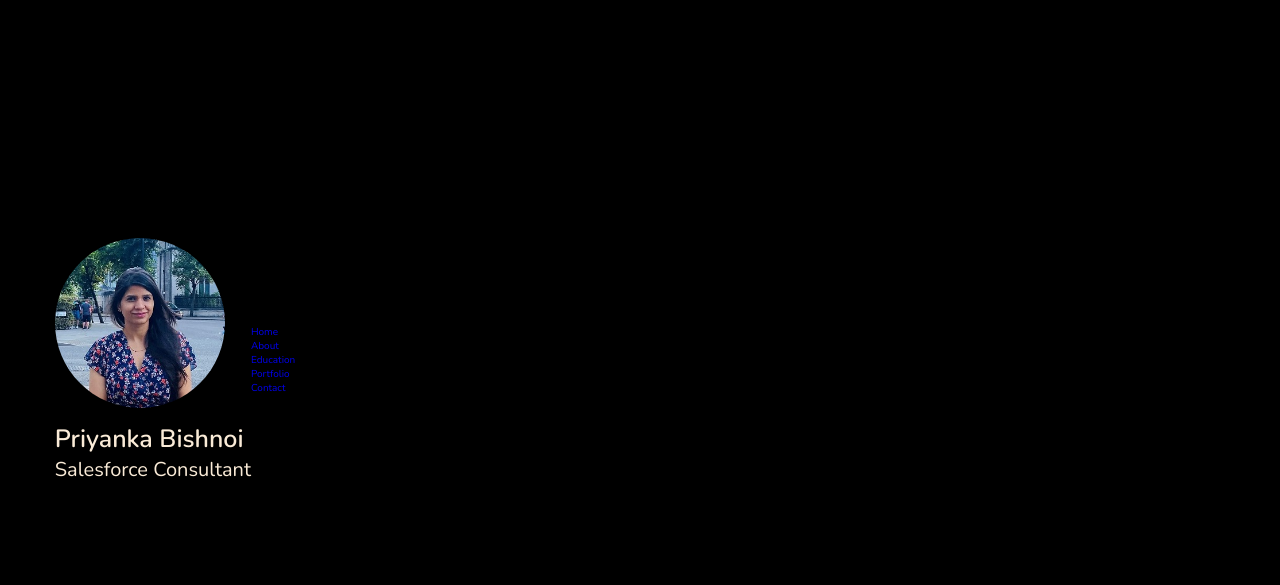
Repository: priyanka-bishnoi/PortfolioPage
Page: MyPage.html
An editor plug-in stored every save of this project. The page is shown before and after the next save, followed by the edit.
The browser window is 1280 px wide. The pictures show the whole page.

Above is the page before, as saved 2022-10-07 00:39:50.

After the next save:
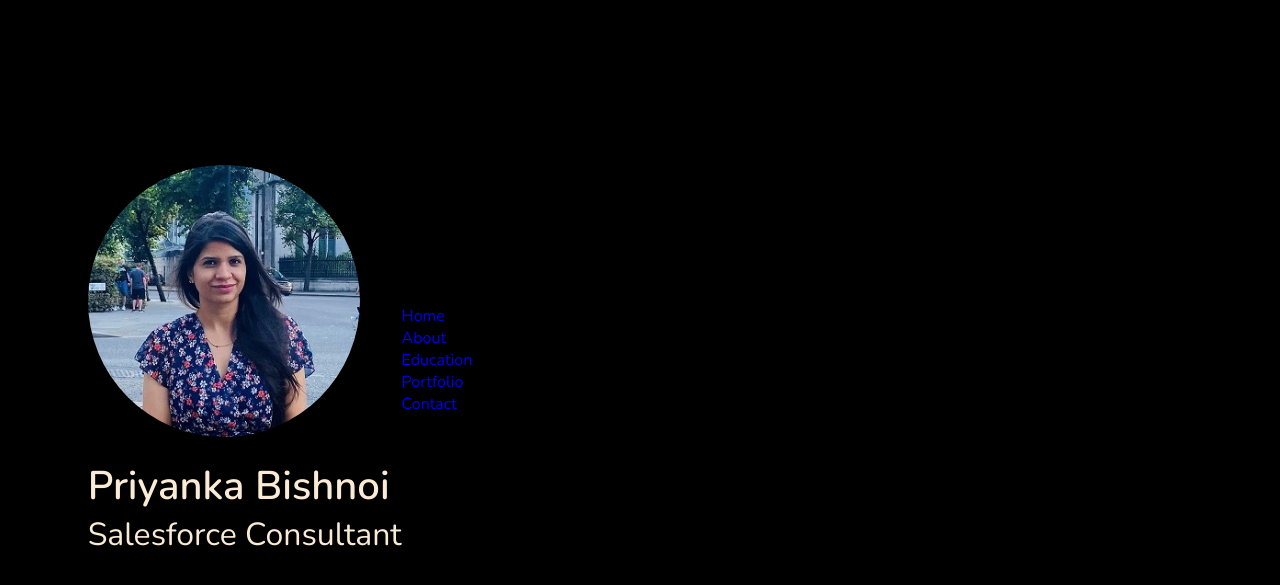
Saved 15 s later.
--- a/css/style.css
+++ b/css/style.css
@@ -9,7 +9,7 @@
     transition:all .2s linear;
 }
 html {
-    font-size:62.5%;
+    //font-size:62.5%;
     overflow-x:hidden;
 }
 header {

After the save that followed:
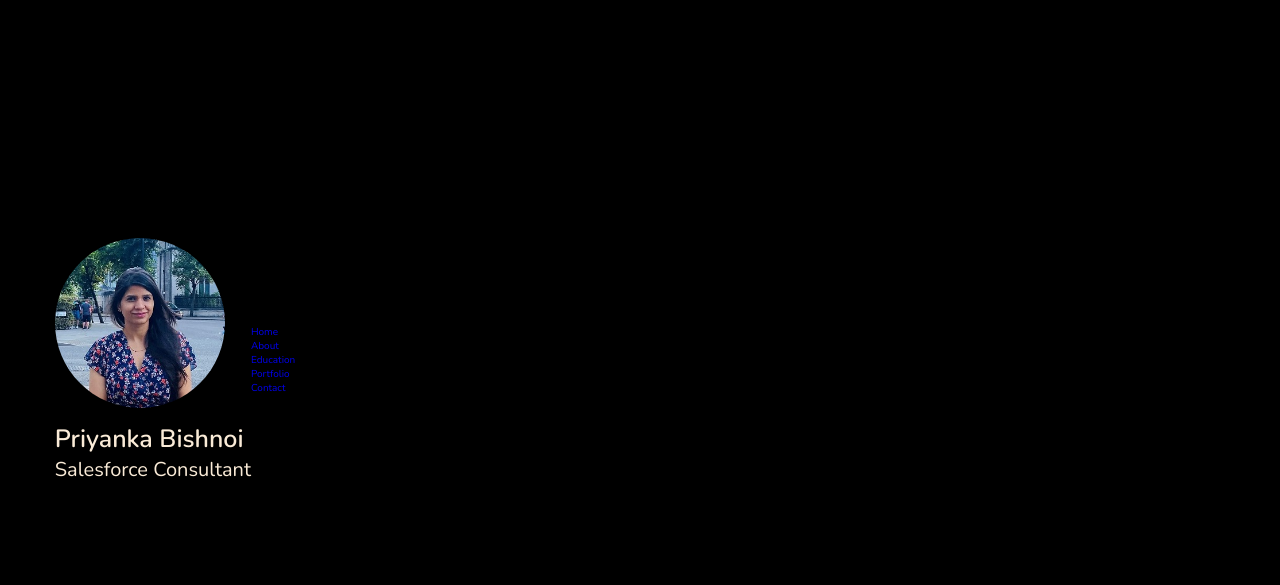
Saved 7 s later.
--- a/css/style.css
+++ b/css/style.css
@@ -9,7 +9,7 @@
     transition:all .2s linear;
 }
 html {
-    //font-size:62.5%;
+    font-size:62.5%;
     overflow-x:hidden;
 }
 header {
